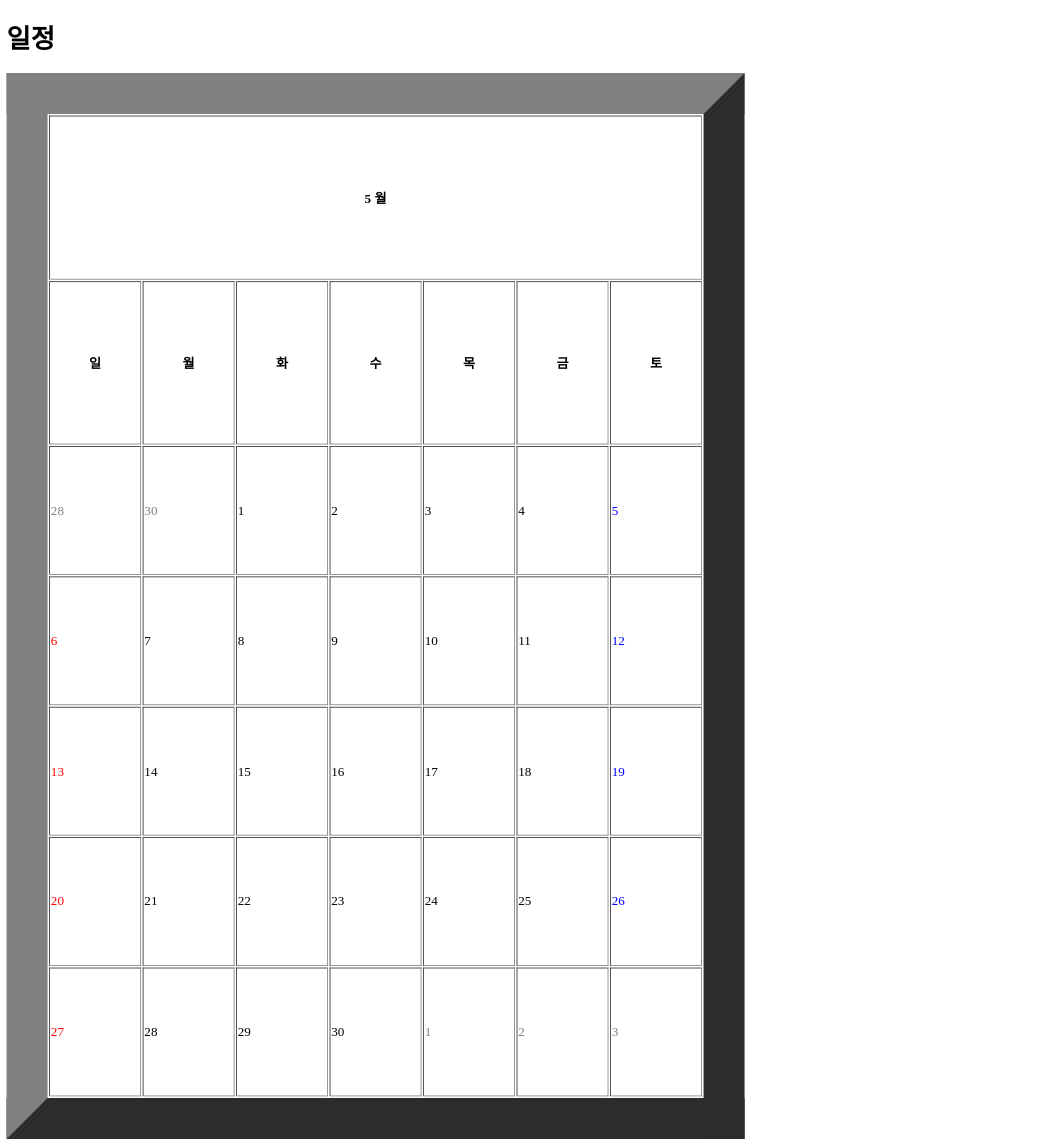
Repository: ssleap/multicampusIoT
Page: workspace190520/edu1/WebContent/workshop.html
An editor plug-in stored every save of this project. The page is shown before and after the next save, followed by the edit.
The browser window is 1280 px wide. The pictures show the whole page, at 82% of full size.

Above is the page before, as saved 2019-05-20 07:40:53.

### workspace190520/edu1/WebContent/workshop.html
<!DOCTYPE html>
<html>
<head>
<meta charset="UTF-8">
<meta name = "viewport" content ="width=device-width, initial-scale=1">
<title>달력</title>
</head>
<body>
	<h1>일정</h1>

	<table width = "900" height = "1300" border = "50">
		<tr><th colspan = "7">5 월</th></tr>
		<tr><th>일</th><th>월</th><th>화</th><th>수</th>
		<th>목</th><th>금</th><th>토</th></tr>
		<tr>
			<td style = "color : grey">28</td><td style = "color : grey">30</td>
			<td>1</td><td>2</td>
			<td>3</td><td>4</td>
			<td style = "color : blue">5</td>
		</tr>
		<tr>
			<td style = "color : red">6</td><td>7</td>
			<td>8</td><td>9</td>
			<td>10</td><td>11</td>
			<td style = "color : blue">12</td>
		</tr>
		<tr>
			<td style = "color : red">13</td><td>14</td>
			<td>15</td><td>16</td>
			<td>17</td><td>18</td>
			<td style = "color : blue">19</td>
		</tr>
		<tr>
			<td style = "color : red">20</td><td>21</td>
			<td>22</td><td>23</td>
			<td>24</td><td>25</td>
			<td style = "color : blue">26</td>
		</tr>
		<tr>
			<td style = "color : red">27</td><td>28</td>
			<td>29</td><td>30</td>
			<td style = "color : grey">1</td><td style = "color : grey">2</td>
			<td style = "color : grey">3</td>
		</tr>
	</table>
</body>
</html>

After the next save:
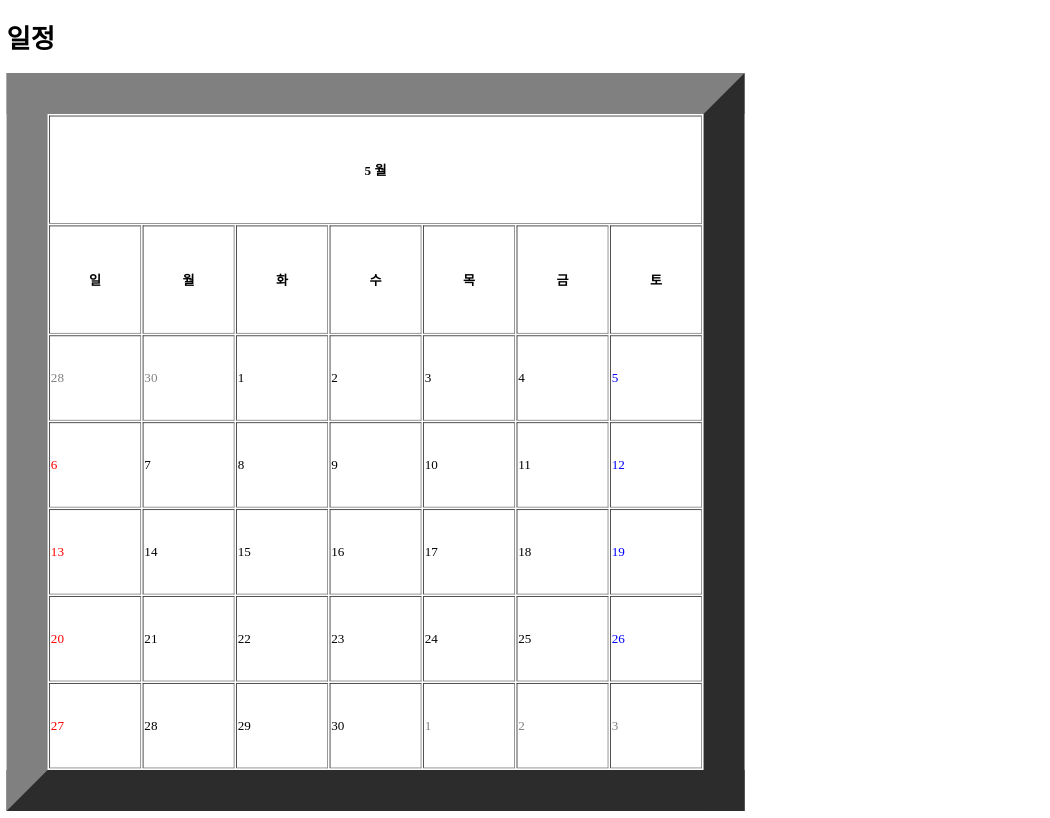
Saved 10 s later.
--- a/workspace190520/edu1/WebContent/workshop.html
+++ b/workspace190520/edu1/WebContent/workshop.html
@@ -8,7 +8,7 @@
 <body>
 	<h1>일정</h1>
 
-	<table width = "900" height = "1300" border = "50">
+	<table width = "900" height = "900" border = "50">
 		<tr><th colspan = "7">5 월</th></tr>
 		<tr><th>일</th><th>월</th><th>화</th><th>수</th>
 		<th>목</th><th>금</th><th>토</th></tr>
